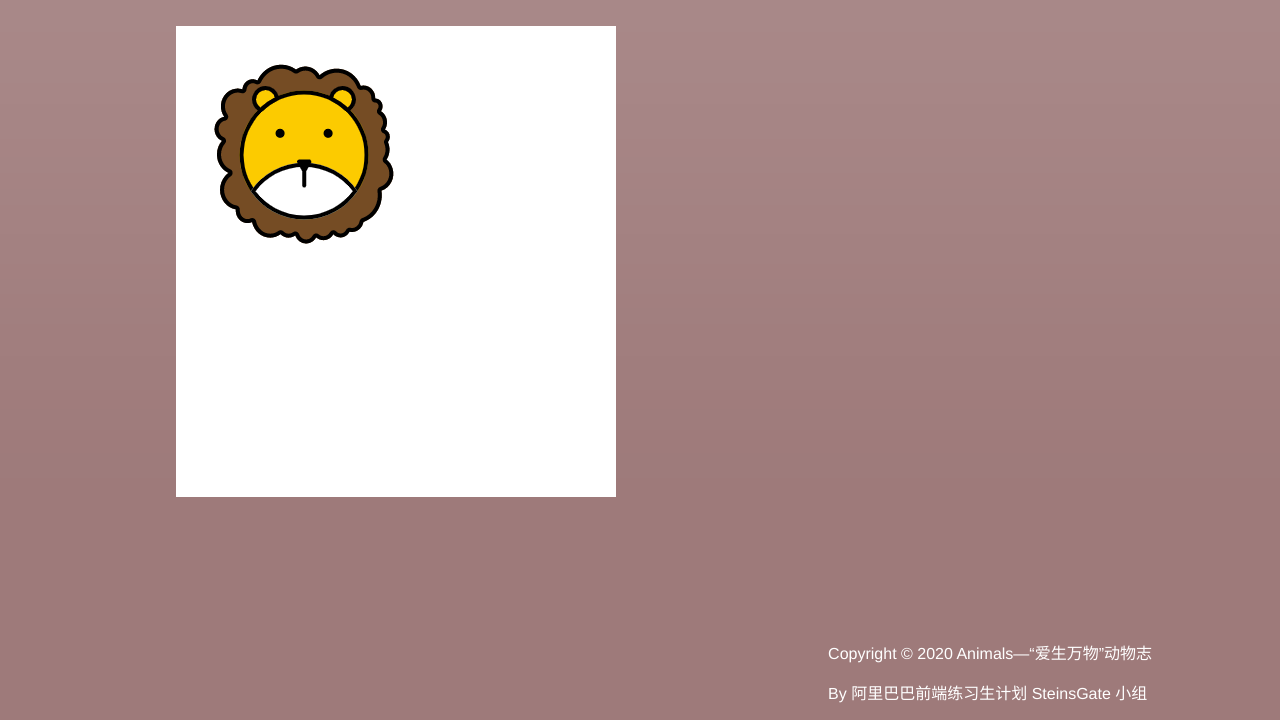
Repository: Whiskeyi/Animals
Page: /
An editor plug-in stored every save of this project. The page is shown before and after the next save, followed by the edit.
The browser window is 1280 px wide. The pictures show the whole page.
The project was rebuilt for these pictures with package versions that can differ from the ones it lists, and the page was loaded fresh each time.

Above is the page before, as saved 2021-11-15 16:43:55.

### public/index.html
<!DOCTYPE html>
<html lang="en">
  <head>
    <meta charset="utf-8">
    <meta http-equiv="X-UA-Compatible" content="IE=edge">
    <meta name="viewport" content="width=device-width,initial-scale=1.0">
    <link rel="icon" href="<%= BASE_URL %>favicon.ico">
    <title>Animals</title>
  </head>
  <body>
    <noscript>
      <strong>We're sorry but animals doesn't work properly without JavaScript enabled. Please enable it to continue.</strong>
    </noscript>
    <div id="app"></div>
    <!-- built files will be auto injected -->
  </body>
</html>

### src/main.js
import Vue from 'vue'
import App from './App.vue'
import router from './router'
import store from './store'
import './plugins/element.js' // 引入element-ui

Vue.config.productionTip = false

new Vue({
  router,
  store,
  render: h => h(App)
}).$mount('#app')

### src/App.vue
<template>
  <div id="app">
    <!-- 入口 -->
    <router-view/>
  </div>
</template>

<style lang="scss">
#app {
  font-family: 'Avenir', Helvetica, Arial, sans-serif;
  -webkit-font-smoothing: antialiased;
  -moz-osx-font-smoothing: grayscale;
}

html, body {  // 去除白边
    width: 100%;
    height: 100%;
    margin: 0;
    padding: 0;
    position: relative;
}
</style>

### src/router.js
// 路由
import Vue from 'vue'
import Router from 'vue-router'
import Home from './views/Home.vue'

Vue.use(Router)

export default new Router({
  mode: 'history',
  base: process.env.BASE_URL,
  routes: [
    {
      path: '/',
      name: 'home',
      component: Home
    }
  ]
})

### src/plugins/element.js
// 引入element-ui
import Vue from 'vue'

import ElementUI from 'element-ui';
import 'element-ui/lib/theme-chalk/index.css';

Vue.use(ElementUI);

### src/views/Home.vue
<template>
  <div class="bg">
    <div class="gloss">
      <Gloss></Gloss>
      <div id="mainContainer">
        <Info></Info>
      </div>
      <Footer></Footer>
    </div>
  </div>
</template>

<script>
// @ is an alias to /src
// 组件引入
import Gloss from '@/components/Gloss'
import Footer from '@/components/Footer'
import Info from '@/components/Info'

export default {
  name: 'home',
  components: {
    Gloss,Footer,Info
  }
}
</script>

<style lang="scss" scoped>
  .bg {
    height: 100%;
    width: 100%;
    background-color:rgb(158, 122, 122);
    position: absolute;
    transition: background-color 2s ease-in; // 背景颜色2S过渡
    filter: blur(0.5px); // 背景高斯模糊
    // z-index: -9; //暂时注释,影响调试
  }
  #mainContainer {
    position: fix;
    right: 10%;
    width: 960px;
    height: 100%;
    margin: 0 auto;
    color: #fff;
    background-color: #531435;
  }
</style>

### src/components/Gloss/index.vue
<template>
<!-- 实现光泽效果,丰富背景颜色 -->
<div id="gloss"></div>
</template>

<script>
export default {

}
</script>

<style lang="scss" scoped>
#gloss {
    position: fixed;
    width: 100%;
    height: 478px;
    background: url('../../assets/gloss.png') repeat-x;
    // z-index: -8;  //暂时注释,影响调试
}
</style>

### src/components/Footer/index.vue
<template>
  <div class="footerContainer">
      <p>Copyright © 2020 Animals—“爱生万物”动物志</p>
      <p>By 阿里巴巴前端练习生计划 SteinsGate 小组</p>
  </div>
</template>

<script>
export default {

}
</script>

<style lang="scss" scoped>
    .footerContainer {
        position: fixed;
        bottom: 0;
        right: 10%;
        font-size: 1rem;
        color:#fff;
    }
</style>

### src/components/Info/index.vue
<template>
  <div class="infoContainer">
      <el-image class="logo" alt="logo" :src="require('@/icons/index.png')"></el-image>
  </div>
</template>

<script>
export default {

}
</script>

<style lang="scss" scoped>
    .infoContainer {
        position: fixed;
        z-index: 10000;
        width: 440px;
        height: 471px;
        margin: 26px 0 0 16px;
        background-color: #fff;
    }
    .infoContainer logo {
        position: absolute;
    }
</style>

Loaded but not shown: src/store.js (common file)

After the next save:
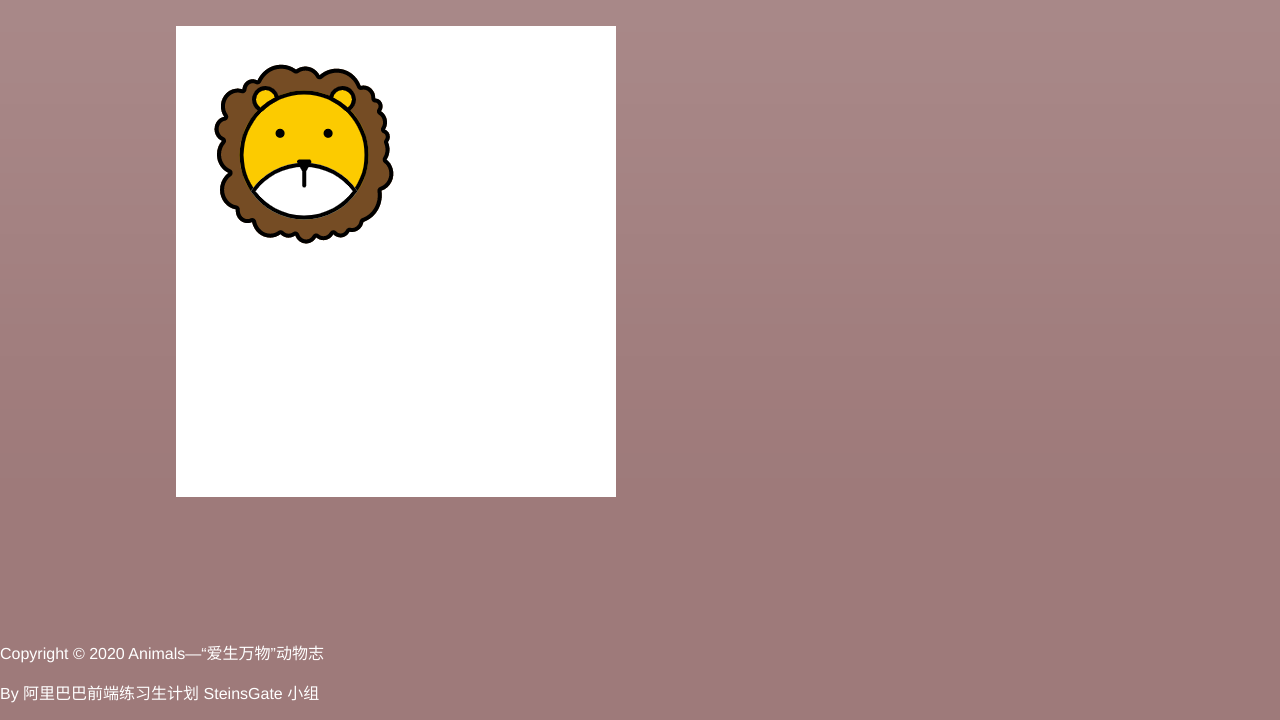
Saved 9 s later.
--- a/src/components/Footer/index.vue
+++ b/src/components/Footer/index.vue
@@ -15,7 +15,6 @@ export default {
     .footerContainer {
         position: fixed;
         bottom: 0;
-        right: 10%;
         font-size: 1rem;
         color:#fff;
     }
